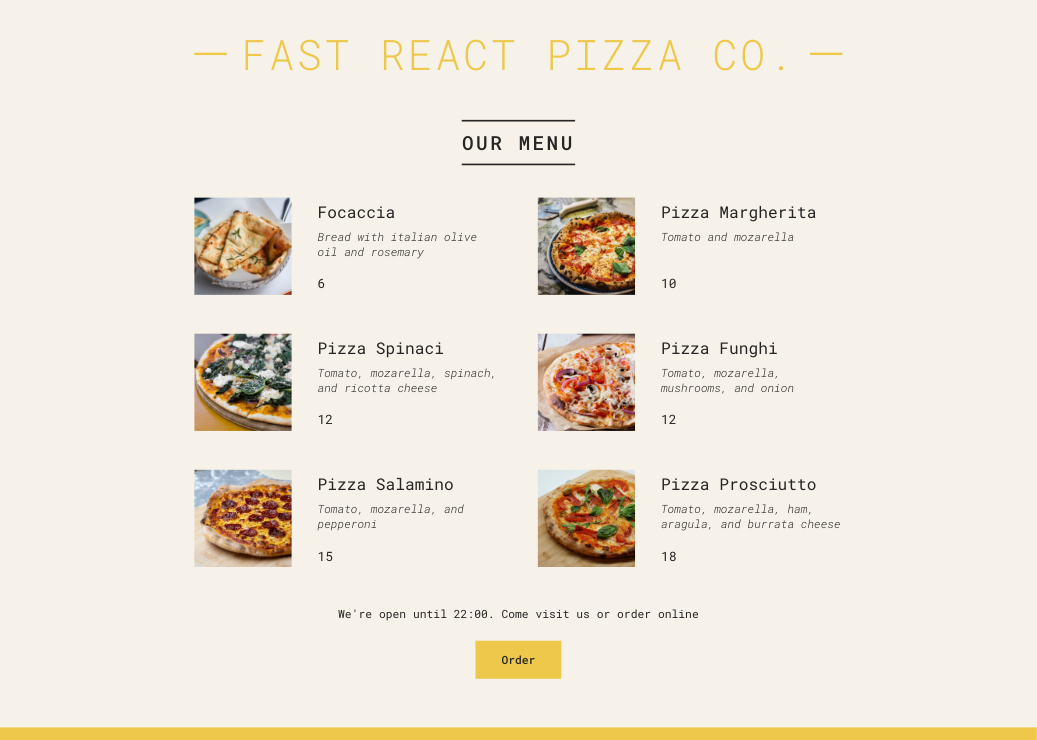
Repository: ahmedharidy/First-React-App
Page: /
The author's editor kept a copy of each file at every save. The page is drawn from the files as they stood at one save, then again after a run of saves.
The browser window is 1280 px wide. The pictures show the whole page, at 81% of full size.
The project was rebuilt for these pictures with package versions that can differ from the ones it lists, and the page was loaded fresh each time.

Above is the page before, as saved 2026-09-23 01:14:25.

After the next 2 saves:
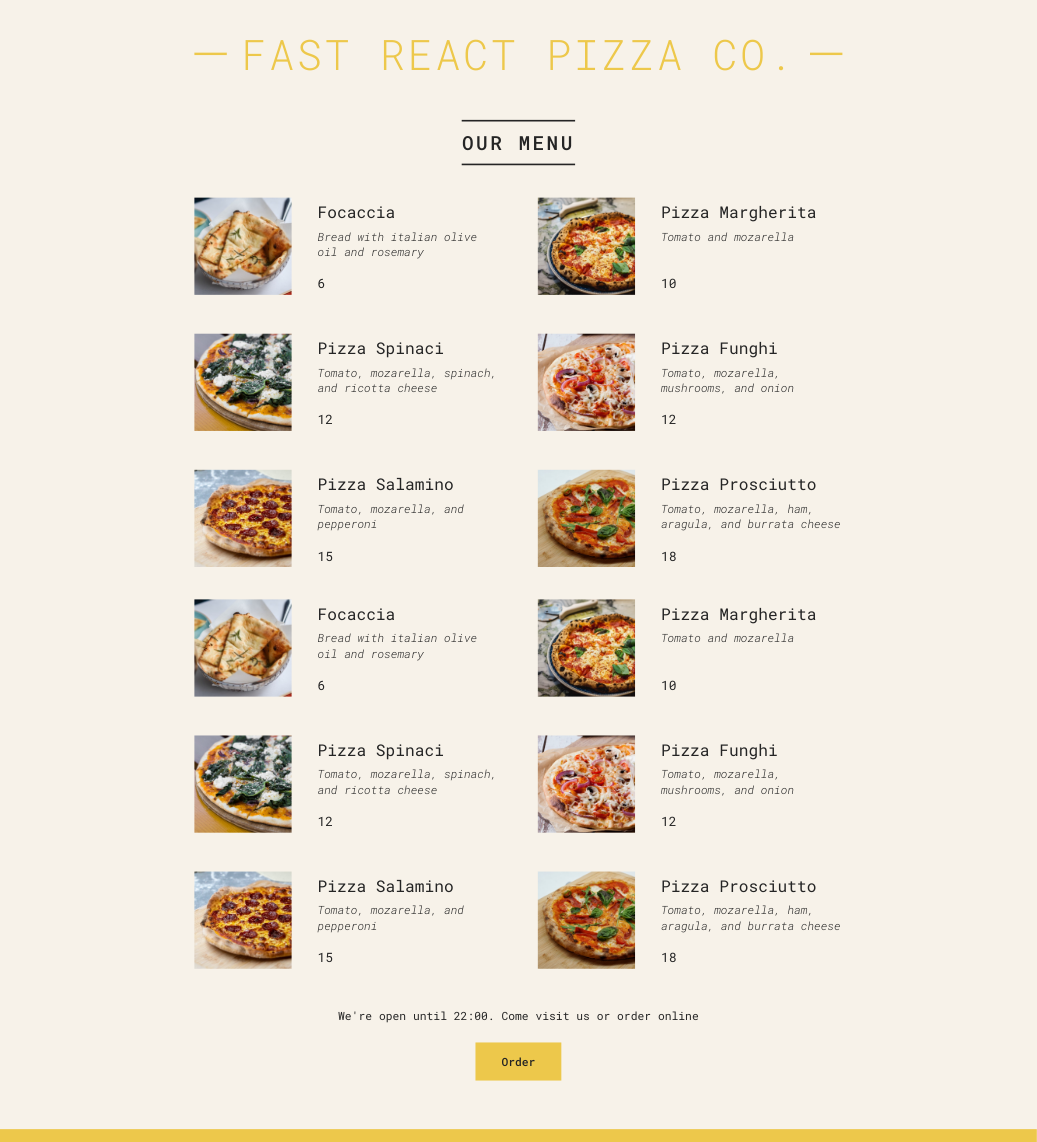
The 2 saves are shown as one change because 1 did not build or start.
The last was saved 106 s later.
--- a/src/index.js
+++ b/src/index.js
@@ -66,12 +66,21 @@
   );
 }
 function Menu() {
+  const pizzas = pizzaData;
   return (
     <main className="menu">
       <h2>Our menu</h2>
 
+      {pizzas && (
+        <ul className="pizzas">
+          {pizzas.map((pizza) => (
+            <Pizza pizzaObj={pizza} key={pizza.name} />
+          ))}
+        </ul>
+      )}
+
       <ul className="pizzas">
-        {pizzaData.map((pizza) => (
+        {pizzas.map((pizza) => (
           <Pizza pizzaObj={pizza} key={pizza.name} />
         ))}
       </ul>

After the save that followed:
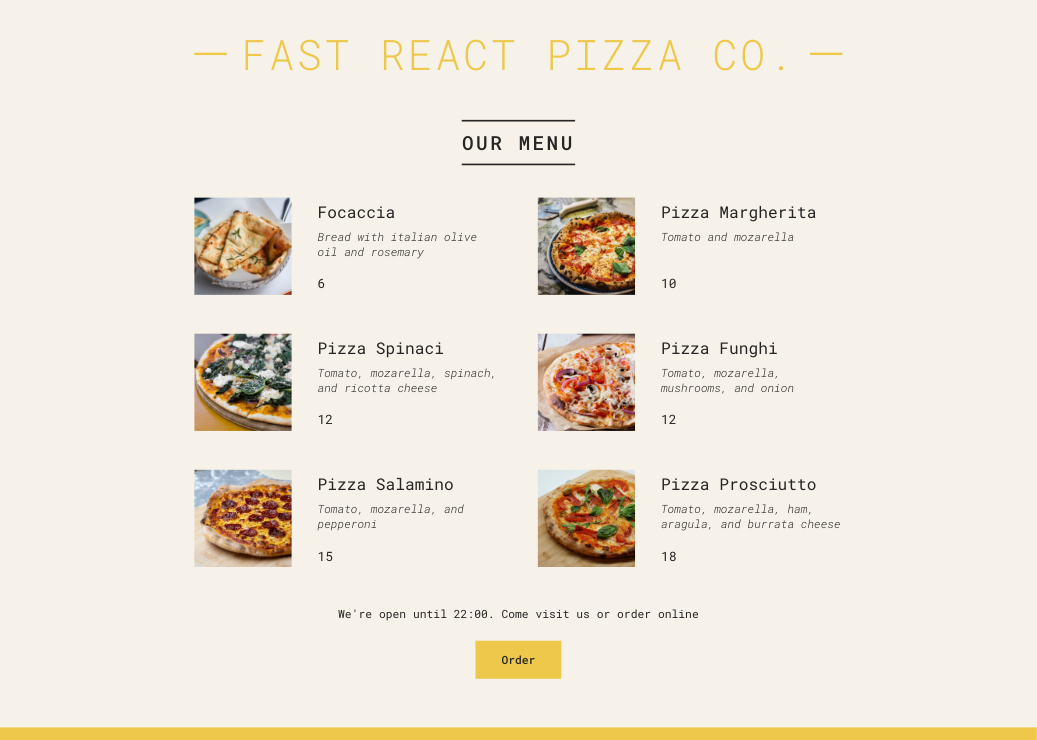
Saved 5 s later.
--- a/src/index.js
+++ b/src/index.js
@@ -79,11 +79,6 @@
         </ul>
       )}
 
-      <ul className="pizzas">
-        {pizzas.map((pizza) => (
-          <Pizza pizzaObj={pizza} key={pizza.name} />
-        ))}
-      </ul>
       {/* <Pizza
         name="pizza spinaci"
         ingredient="Bread with italian olive oil and rosemary"
